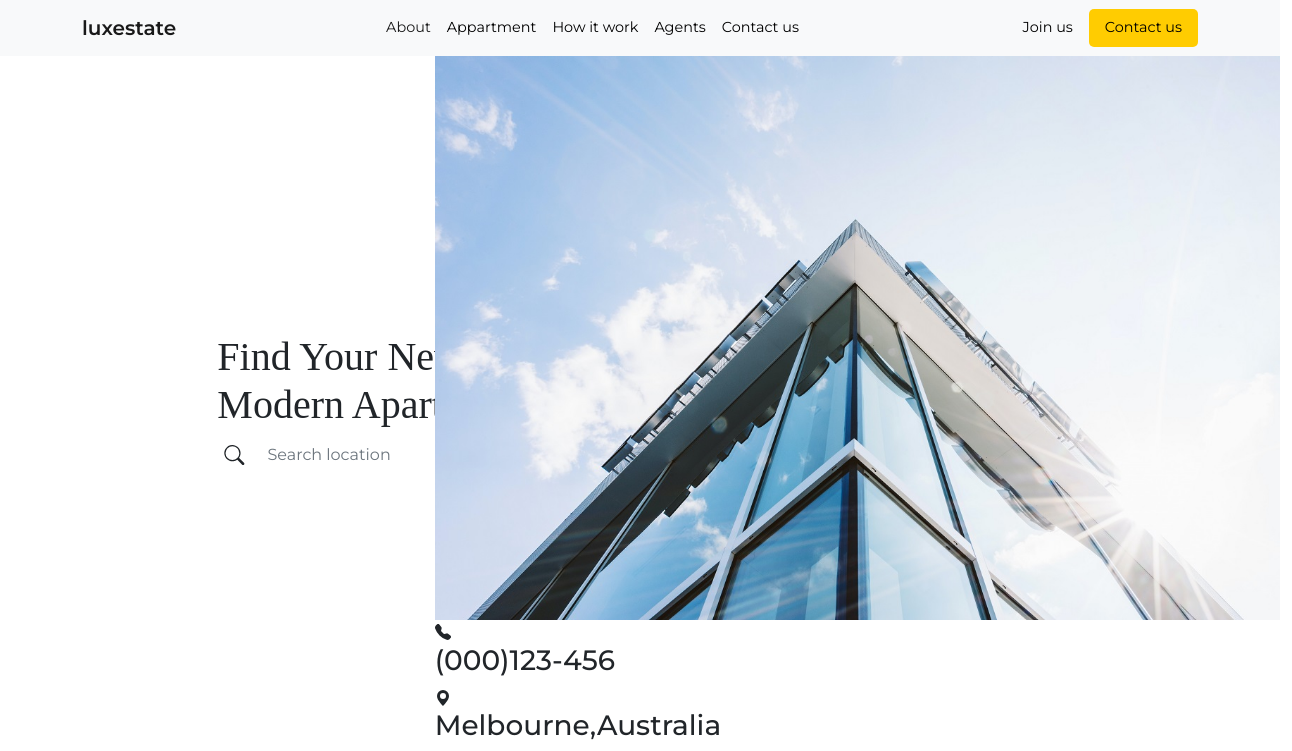
Repository: Toqa-25/luxstate
Page: index.html
These files come from the project's save history. The page is drawn as it stood at one moment and after the next save; the edit follows.
The browser window is 1280 px wide. The page is 1292 px wide, so the pictures cover 1292 px, including what lies to the right of the window. The pictures show the whole page.

Above is the page before, as saved 2021-06-07 23:42:54.

After the next save:
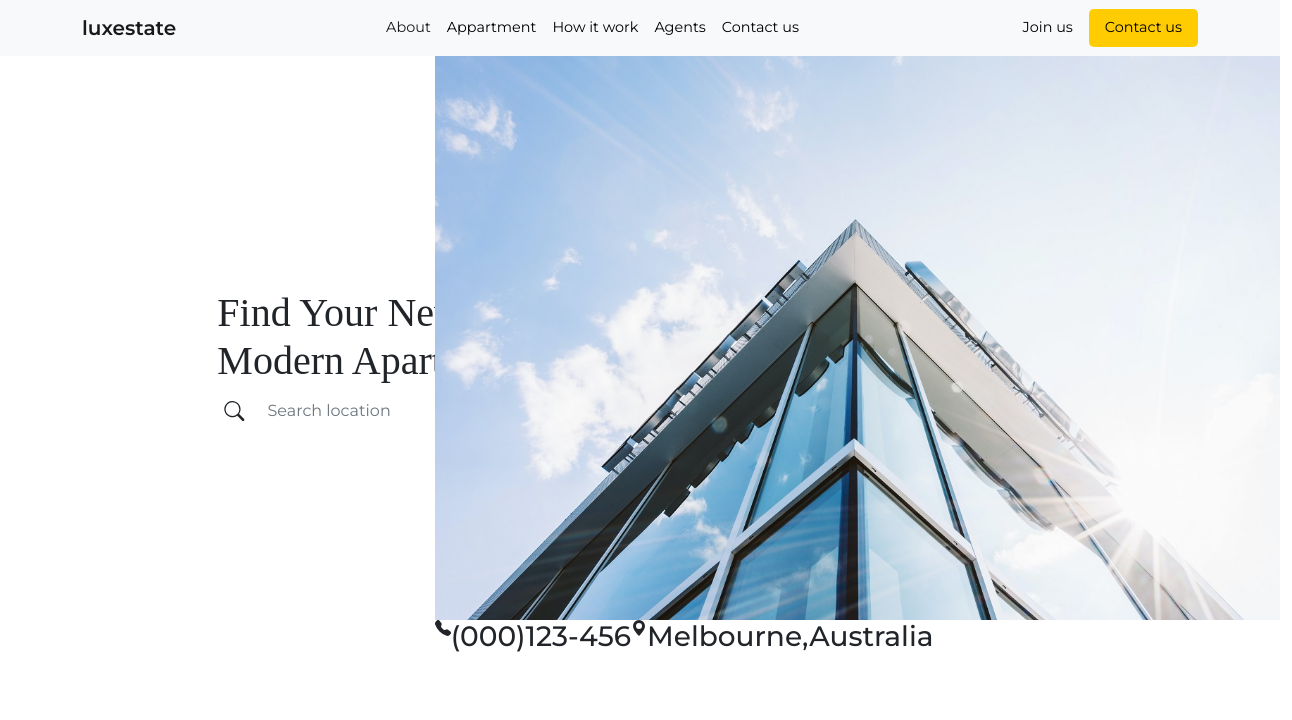
Saved 16 s later.
--- a/index.html
+++ b/index.html
@@ -61,7 +61,7 @@
       <div class="row">
         <div class="image-section float-end col-8 ">
         <img src="images/cover-unsplash.jpg" class="img-fluid "  alt="...">
-        <div class="text-over d-fle">
+        <div class="text-over d-flex">
           <svg xmlns="http://www.w3.org/2000/svg" width="16" height="16" fill="currentColor" class="bi bi-telephone-fill" viewBox="0 0 16 16">
             <path fill-rule="evenodd" d="M1.885.511a1.745 1.745 0 0 1 2.61.163L6.29 2.98c.329.423.445.974.315 1.494l-.547 2.19a.678.678 0 0 0 .178.643l2.457 2.457a.678.678 0 0 0 .644.178l2.189-.547a1.745 1.745 0 0 1 1.494.315l2.306 1.794c.829.645.905 1.87.163 2.611l-1.034 1.034c-.74.74-1.846 1.065-2.877.702a18.634 18.634 0 0 1-7.01-4.42 18.634 18.634 0 0 1-4.42-7.009c-.362-1.03-.037-2.137.703-2.877L1.885.511z"/>
           </svg>
